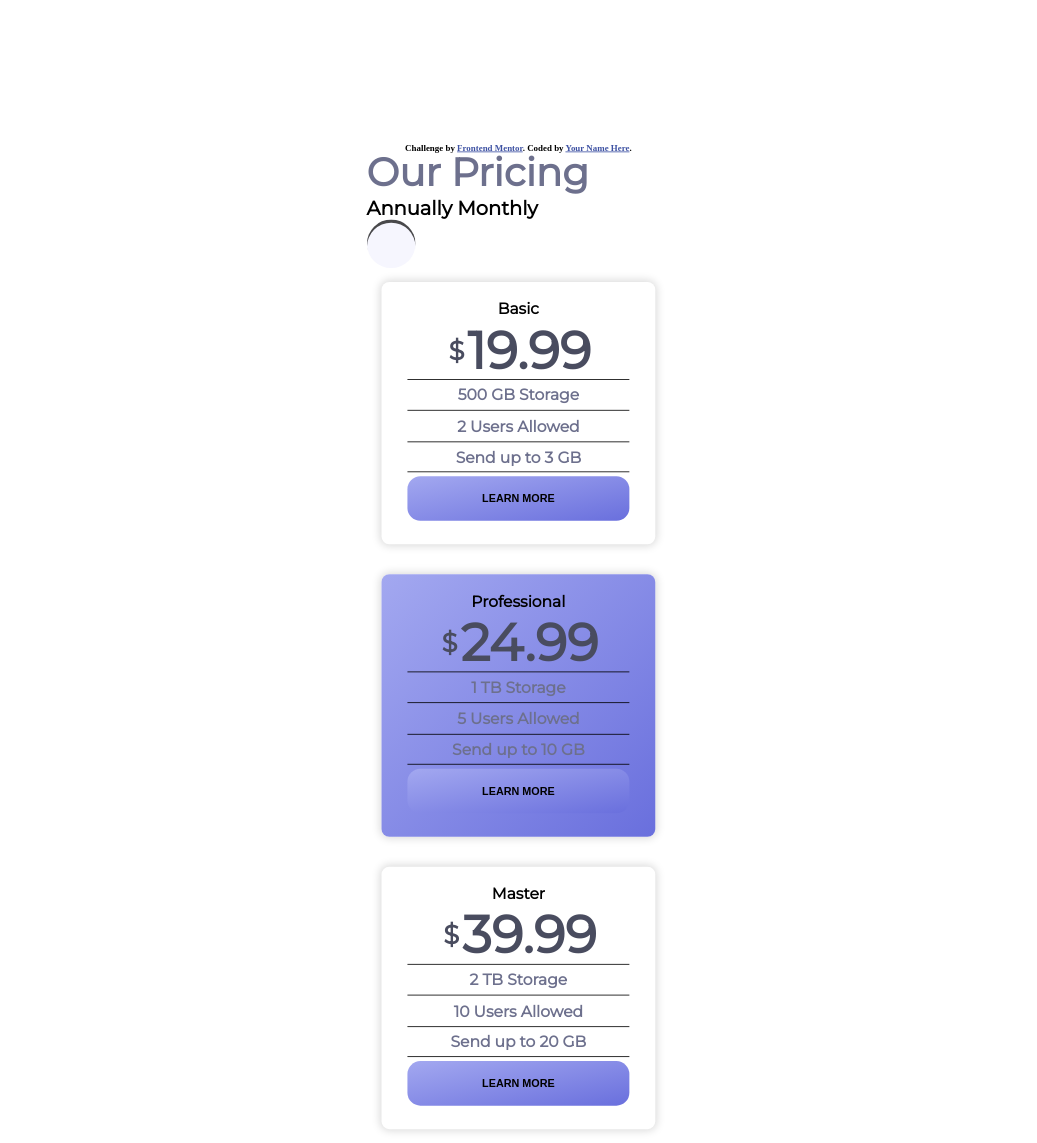
Repository: JuzzJoel/pricing-component-with-toggle-master
Page: index.html
These files come from the project's save history. The page is drawn as it stood at one moment and after a run of saves; the edit follows.
The browser window is 1280 px wide. The pictures show the whole page, at 81% of full size.

Above is the page before, as saved 2025-05-24 11:26:38.

After the next 2 saves:
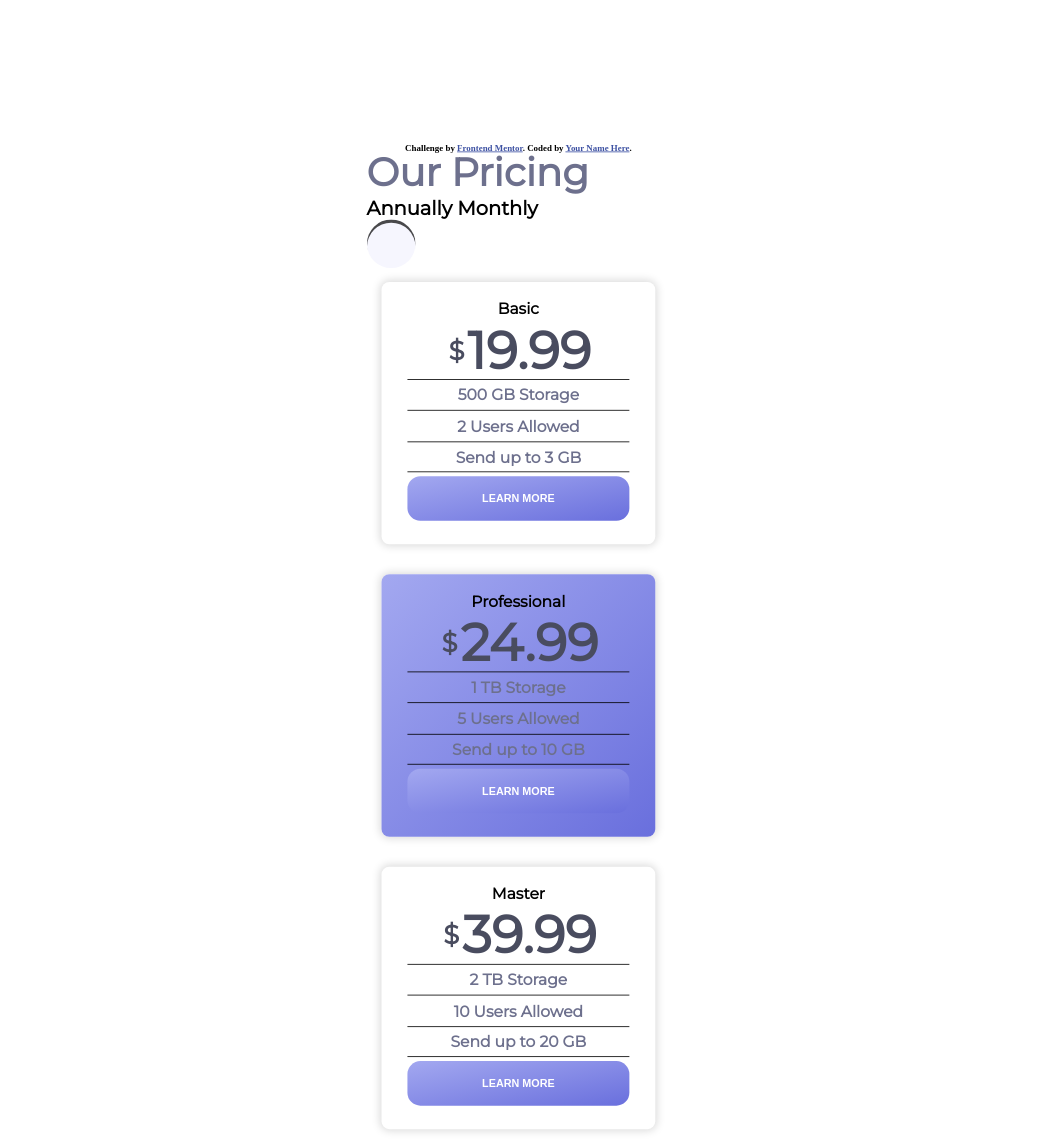
The 2 saves are shown as one change because they came seconds apart.
The last was saved 22 s later.
--- a/index.html
+++ b/index.html
@@ -187,7 +187,7 @@ font-size: 1.5rem;
     border: none;
     padding: 1.25rem 2.5rem;
     text-transform: uppercase;
-    color: var(--linear-gradient);
+    color: white;
     font-weight: 700;
     background: var(--linear-gradient);
   }

After the save that followed:
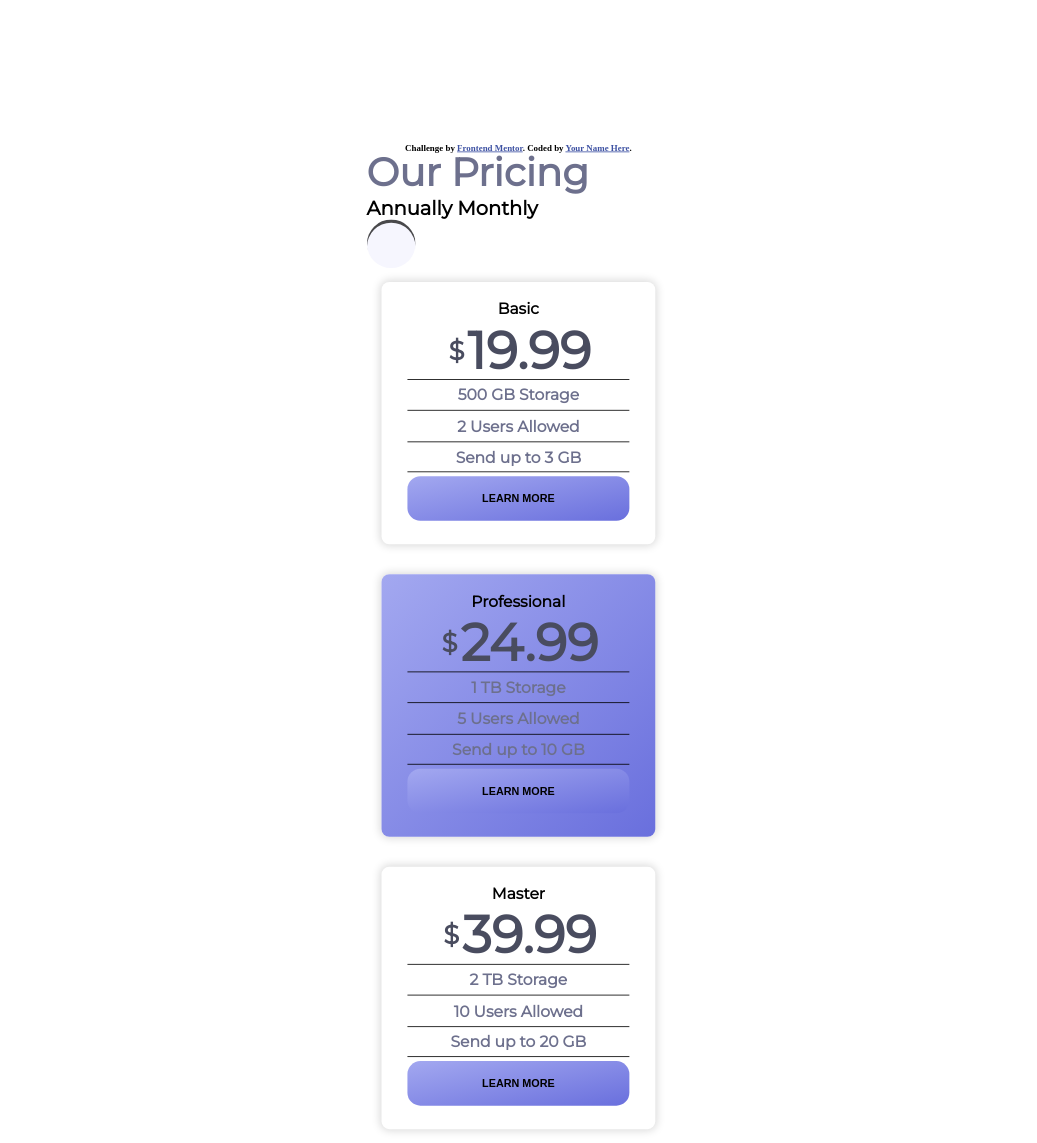
Saved 10 s later.
--- a/index.html
+++ b/index.html
@@ -187,7 +187,7 @@ font-size: 1.5rem;
     border: none;
     padding: 1.25rem 2.5rem;
     text-transform: uppercase;
-    color: white;
+    colozzzzzzzzzr: white;
     font-weight: 700;
     background: var(--linear-gradient);
   }
